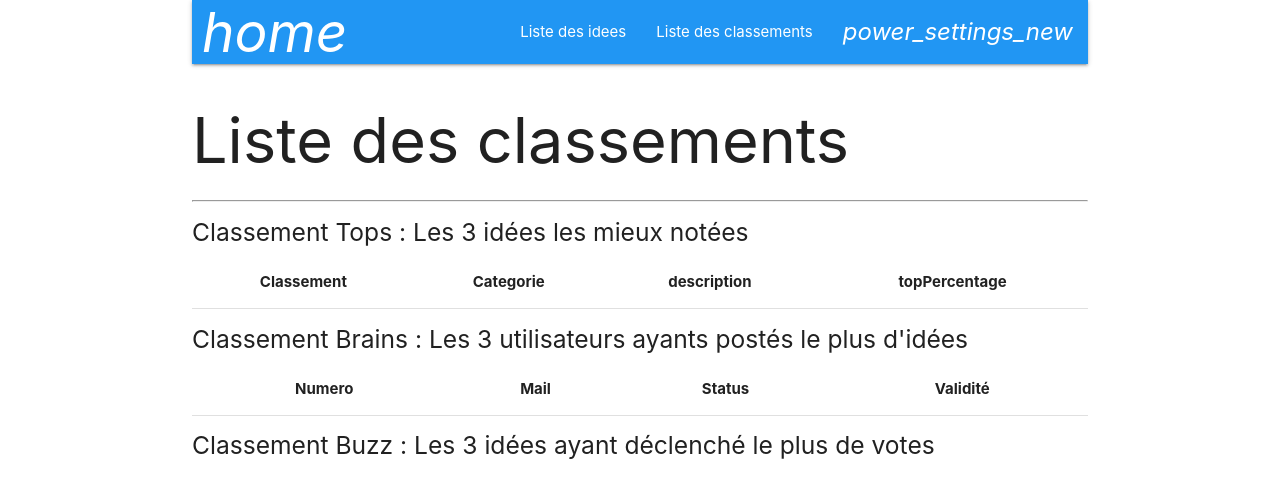
Repository: thdal/Atelier_JEE_16_02
Page: http://localhost/Atelier_JEE_16_02/WEB-INF/pages/classement/ListClassement.jsp
An editor plug-in stored every save of this project. The page is shown before and after the next save, followed by the edit.
The browser window is 1280 px wide. The pictures show the whole page.
The page is served by Tomcat 9. Nobody is signed in. Other server files are loaded and not shown. The template is opened directly, without the code that normally fills it, so the values that code supplies are empty.

Above is the page before, as saved 2021-02-27 02:18:44.

### Atelier_JEE_16_02/src/main/webapp/WEB-INF/pages/classement/ListClassement.jsp
<%@ page language="java" contentType="text/html; charset=ISO-8859-1"
    pageEncoding="ISO-8859-1"%>
<!DOCTYPE html>
<html>
<head>
<meta charset="ISO-8859-1">
<title>Insert title here</title>
</head>
<body>
<div class="container">
<%@ include file="../commons/MenuNavBar.jsp" %>
<h1>Liste des classements</h1>
<hr>

<h5>Classement Tops : Les 3 idées les mieux notées</h5>

<table class="centered">
   <thead>
       <tr>
           <th>Classement</th>
           <th>Categorie</th>
           <th>description</th>
           <th>topPercentage</th>

       </tr>
   </thead>
   <tbody>
    <c:forEach items="${topsClassement}" var="tc" varStatus="loop">
	    <tr>
	    	<td>
	    	<c:if test="${loop.index eq 0 }">
	    	<img style="max-width:100px; max-height:100px" src="https://png.pngtree.com/png-vector/20191027/ourlarge/pngtree-gold-medal-vector-golden-1st-place-badge-sport-game-golden-challenge-png-image_1887633.jpg">
	    	</c:if>
	    	<c:if test="${loop.index eq 1 }">
	    	<img style="max-width:100px; max-height:100px" src="https://png.pngtree.com/png-vector/20191027/ourmid/pngtree-bronze-medal-vector-best-first-placement-winner-champion-number-one-3rd-png-image_1887553.jpg">
	    	</c:if>
	    	<c:if test="${loop.index eq 2 }">
	    	<img style="max-width:100px; max-height:100px" src="https://image.freepik.com/vecteurs-libre/medaille-argent-2e-place-argent_87720-2499.jpg">
	    	</c:if>
	        <td><c:out value="${tc.categorie}"/></td>
	        <td> <c:out value="${tc.description}"/>
	        </td>
	        <td><c:out value="${tc.topPercentage}"/>
	        </td>
	    </tr>
	</c:forEach>
    </tbody>
 </table>

<h5>Classement Brains : Les 3 utilisateurs ayants postés le plus d'idées</h5>

<table class="centered">
   <thead>
       <tr>
       	   <th>Numero</th>
           <th>Mail</th>
           <th>Status</th>
           <th>Validité</th>

       </tr>
   </thead>
   <tbody>
    <c:forEach items="${brainsClassement}" var="u" varStatus="loop">
	    <tr>
	    	<td>
	    	<c:if test="${loop.index eq 0 }">
	    	<img style="max-width:100px; max-height:100px" src="https://png.pngtree.com/png-vector/20191027/ourlarge/pngtree-gold-medal-vector-golden-1st-place-badge-sport-game-golden-challenge-png-image_1887633.jpg">
	    	</c:if>
	    	<c:if test="${loop.index eq 1 }">
	    	<img style="max-width:100px; max-height:100px" src="https://png.pngtree.com/png-vector/20191027/ourmid/pngtree-bronze-medal-vector-best-first-placement-winner-champion-number-one-3rd-png-image_1887553.jpg">
	    	</c:if>
	    	<c:if test="${loop.index eq 2 }">
	    	<img style="max-width:100px; max-height:100px" src="https://image.freepik.com/vecteurs-libre/medaille-argent-2e-place-argent_87720-2499.jpg">
	    	</c:if>









	    	</td>
	        <td><c:out value="${u.mail}"/></td>
	        <td>
	        <c:if test="${empty u.validated}">
	        	Non
	        </c:if>
	        <c:if test="${u.validated}">
	        	Oui
	        </c:if>
	        <c:if test="${u.validated == false}">
	        	Non
	        </c:if>
	        </td>
	        <td>
	        <c:if test="${empty u.status}">
	        	Activé
	        </c:if>
	        <c:if test="${u.status}">
	        	Activé
	        </c:if>
	        <c:if test="${u.status == false}">
	        	Désactivé
	        </c:if>
	        </td>
	        <td>
	    </tr>
	</c:forEach>
    </tbody>
 </table>

<h5>Classement Buzz : Les 3 idées ayant déclenché le plus de votes</h5>

</div>
</body>
</html>

### Atelier_JEE_16_02/src/main/webapp/WEB-INF/pages/commons/MenuNavBar.jsp
<head>
    <link rel="stylesheet" href="https://cdnjs.cloudflare.com/ajax/libs/materialize/1.0.0/css/materialize.min.css">
	  <link href="https://fonts.googleapis.com/icon?family=Material+Icons" rel="stylesheet">
	   <%@ taglib prefix="c" uri="http://java.sun.com/jsp/jstl/core" %>

</head>

 <nav class="blue">
    <div class="nav-wrapper">
      <a href="home" class="brand-logo"><i style="margin-left:10px; font-size:55px" class="large material-icons">home</i></a>
      <ul id="nav-mobile" class="right hide-on-med-and-down">
        <c:if test="${ sessionScope.Admin }">
        	<li><a href="user?action=list">Liste des utilisateurs</a></li>
    	</c:if>
        <li><a href="idees?action=list">Liste des idees</a></li>
        <li><a href="classements?action=list">Liste des classements</a></li>
        <li><a href="connexion"><i class="material-icons prefix">power_settings_new</i></a></li>

        <!-- <li><a href="users?action=list">Liste des utilisateurs</a></li>  -->
      </ul>
    </div>
  </nav>

    <script src="https://cdnjs.cloudflare.com/ajax/libs/materialize/1.0.0/js/materialize.min.js"></script>

After the next save:
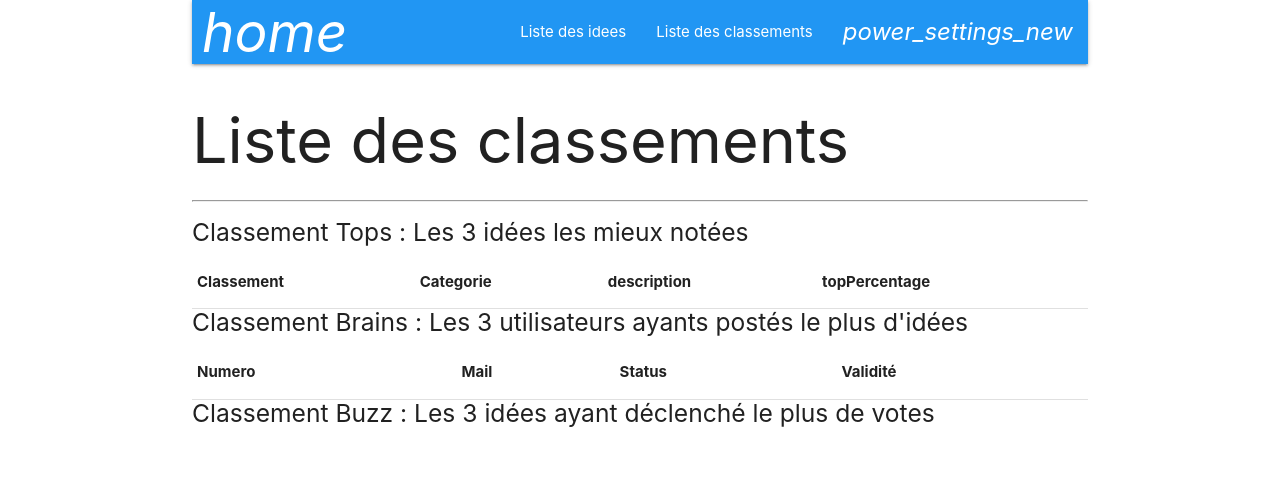
Saved 117 s later.
--- a/Atelier_JEE_16_02/src/main/webapp/WEB-INF/pages/classement/ListClassement.jsp
+++ b/Atelier_JEE_16_02/src/main/webapp/WEB-INF/pages/classement/ListClassement.jsp
@@ -14,7 +14,7 @@
 
 <h5>Classement Tops : Les 3 idées les mieux notées</h5>
 
-<table class="centered">
+<table class="left">
    <thead>
        <tr>
            <th>Classement</th>
@@ -49,7 +49,7 @@
 
 <h5>Classement Brains : Les 3 utilisateurs ayants postés le plus d'idées</h5>
 
-<table class="centered">
+<table class="left">
    <thead>
        <tr>
        	   <th>Numero</th>
